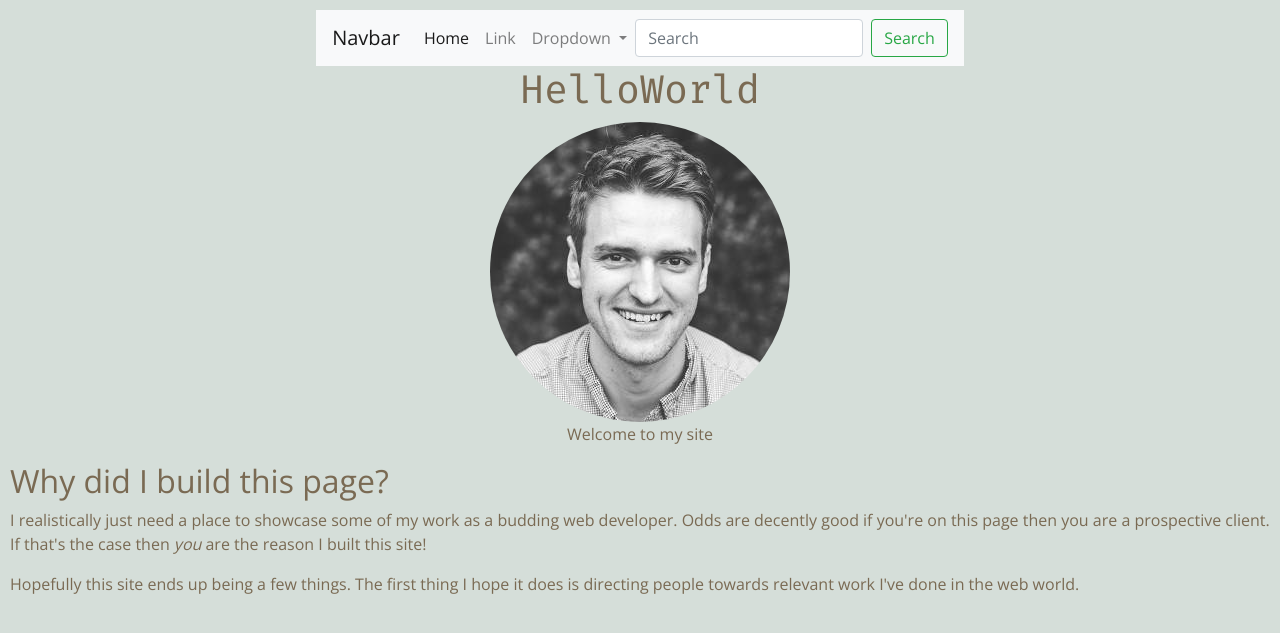
Repository: milespossing/Personal-Page
Page: index.html
The author's editor kept a copy of each file at every save. The page is drawn from the files as they stood at one save, then again after the next save.
The browser window is 1280 px wide. The pictures show the whole page.

Above is the page before, as saved 2019-09-25 07:10:02.

### index.html
<head>
    <link rel="stylesheet" href="https://stackpath.bootstrapcdn.com/bootstrap/4.3.1/css/bootstrap.min.css" integrity="sha384-ggOyR0iXCbMQv3Xipma34MD+dH/1fQ784/j6cY/iJTQUOhcWr7x9JvoRxT2MZw1T" crossorigin="anonymous">
    <link rel="stylesheet" type="text/css" href="Styles/style.css"/>
    <link href="https://fonts.googleapis.com/css?family=Fira+Mono|Open+Sans&display=swap" rel="stylesheet">
</head>
<body>
    <nav class="navbar navbar-expand-lg navbar-light bg-light">
        <a class="navbar-brand" href="#">Navbar</a>
        <button class="navbar-toggler" type="button" data-toggle="collapse" data-target="#navbarSupportedContent" aria-controls="navbarSupportedContent" aria-expanded="false" aria-label="Toggle navigation">
            <span class="navbar-toggler-icon"></span>
        </button>

        <div class="collapse navbar-collapse" id="navbarSupportedContent">
            <ul class="navbar-nav mr-auto">
                <li class="nav-item active">
                    <a class="nav-link" href="#">Home <span class="sr-only">(current)</span></a>
                </li>
                <li class="nav-item">
                    <a class="nav-link" href="#">Link</a>
                </li>
                <li class="nav-item dropdown">
                    <a class="nav-link dropdown-toggle" href="#" id="navbarDropdown" role="button" data-toggle="dropdown" aria-haspopup="true" aria-expanded="false">
                    Dropdown
                    </a>
                    <div class="dropdown-menu" aria-labelledby="navbarDropdown">
                    <a class="dropdown-item" href="#">Action</a>
                    <a class="dropdown-item" href="#">Another action</a>
                    <div class="dropdown-divider"></div>
                    <a class="dropdown-item" href="#">Something else here</a>
                    </div>
                </li>
            </ul>
            <form class="form-inline my-2 my-lg-0">
            <input class="form-control mr-sm-2" type="search" placeholder="Search" aria-label="Search">
            <button class="btn btn-outline-success my-2 my-sm-0" type="submit">Search</button>
            </form>
        </div>
    </nav>

    </div>
    <div class="Site-Header">
        <h1 class="code">HelloWorld</h1>
        <div>
            <img src="Images/simple-headshot.jpeg" class="Display-Picture"/>
        </div>
    </div>
    <p>Welcome to my site</p>
    <div>
        <h2>Why did I build this page?</h2>
        <p>I realistically just need a place to showcase some of my work as a budding web developer. Odds are decently good if you're on this page then you are a prospective client. If that's the case then <em>you</em> are the reason I built this site!</p>
        <p>Hopefully this site ends up being a few things. The first thing I hope it does is directing people towards relevant work I've done in the web world.</p>
    </div>

</body>

### Styles/style.css
/*
#D9CEB2
#948C75
#D5DED9
#7A6A53
#99B2B7
 */

body {
    display: flex;
    flex-direction: column;
    align-content: center;
    align-items: center;
    background: #D5DED9;
    color: #7A6A53;
    font-family: 'Open Sans', sans-serif;
    /* background-image: url("../Images/john-fowler-aaIN3y2zcMQ-unsplash.jpg"); */
    background-size: cover;
    background-attachment: fixed;
    background-position: center;
    padding: 10px;
}

.site-header {
    width: 100%;
    display: flex;
    flex-direction: column;
    align-items: center;
    justify-items: right;
    background-size: cover;
}

.background-container {

}

.code {
    font-family: 'Fira Mono', monospace;
}

.display-picture {
    border-radius: 50%;
}

After the next save:
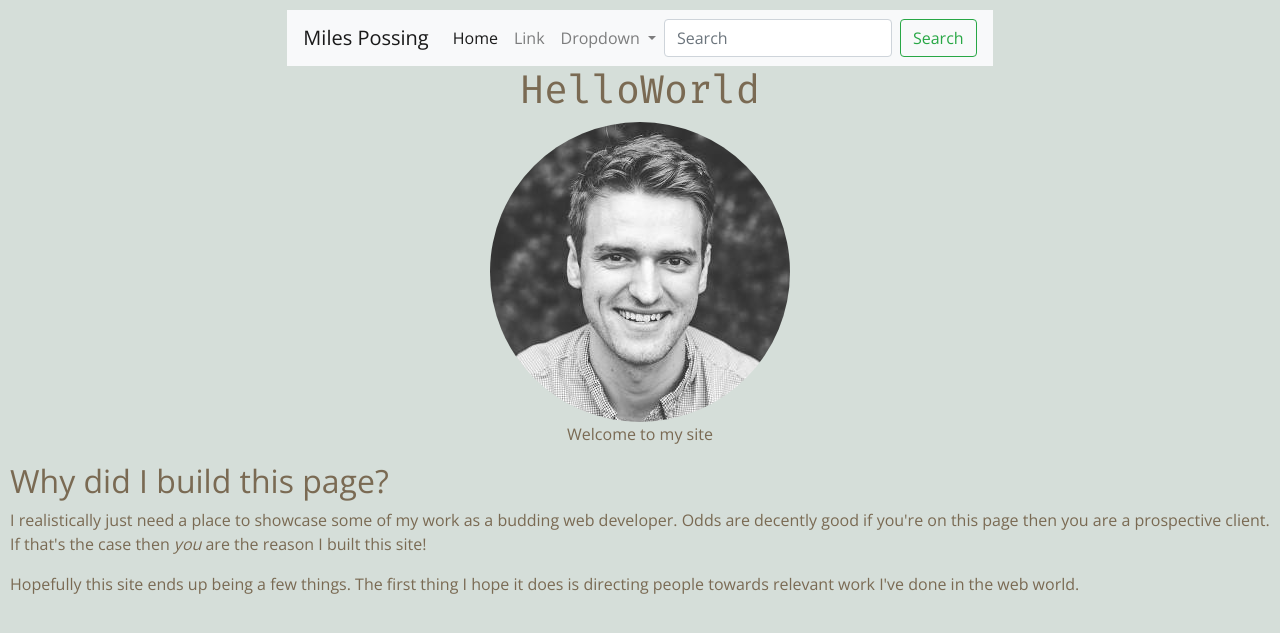
Saved 25 s later.
--- a/index.html
+++ b/index.html
@@ -5,7 +5,7 @@
 </head>
 <body>
     <nav class="navbar navbar-expand-lg navbar-light bg-light">
-        <a class="navbar-brand" href="#">Navbar</a>
+        <a class="navbar-brand" href="#">Miles Possing</a>
         <button class="navbar-toggler" type="button" data-toggle="collapse" data-target="#navbarSupportedContent" aria-controls="navbarSupportedContent" aria-expanded="false" aria-label="Toggle navigation">
             <span class="navbar-toggler-icon"></span>
         </button>
